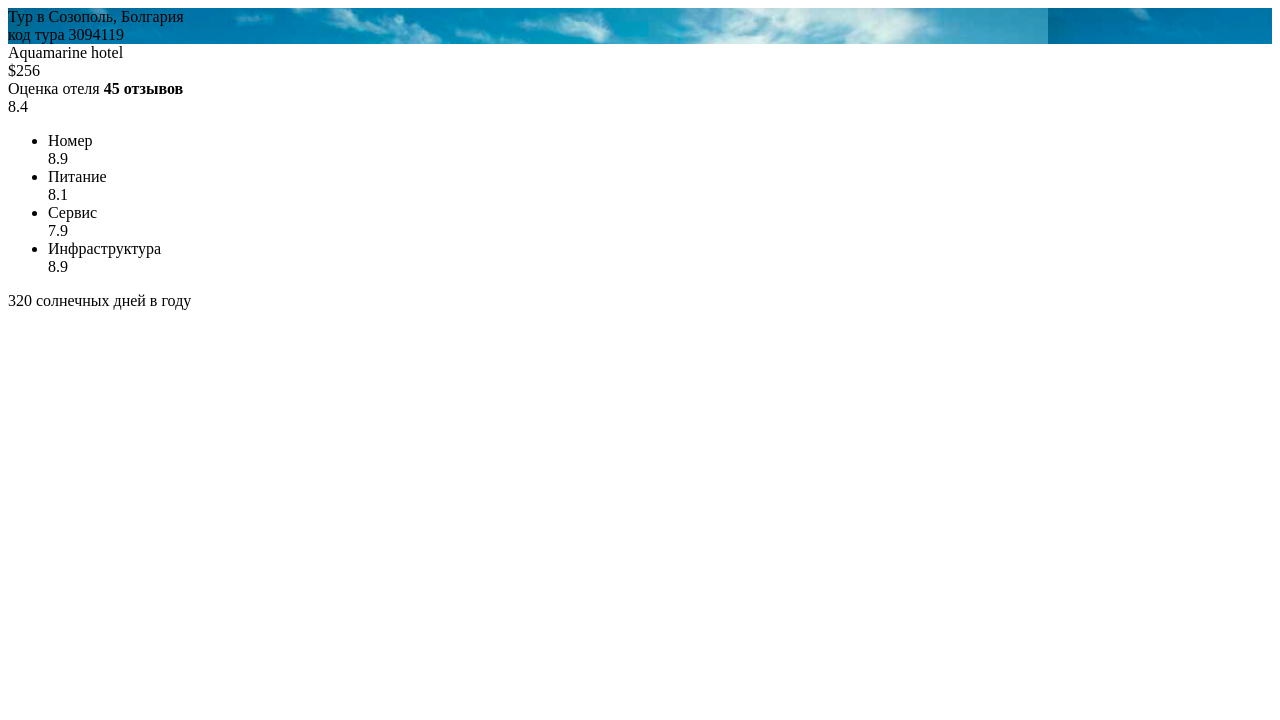
Repository: chekhunov/suntour
Page: app/html/components/_card-hotel.html
An editor plug-in stored every save of this project. The page is shown before and after the next save, followed by the edit.
The browser window is 1280 px wide. The pictures show the whole page.

Above is the page before, as saved 2021-03-16 13:04:18.

After the next save:
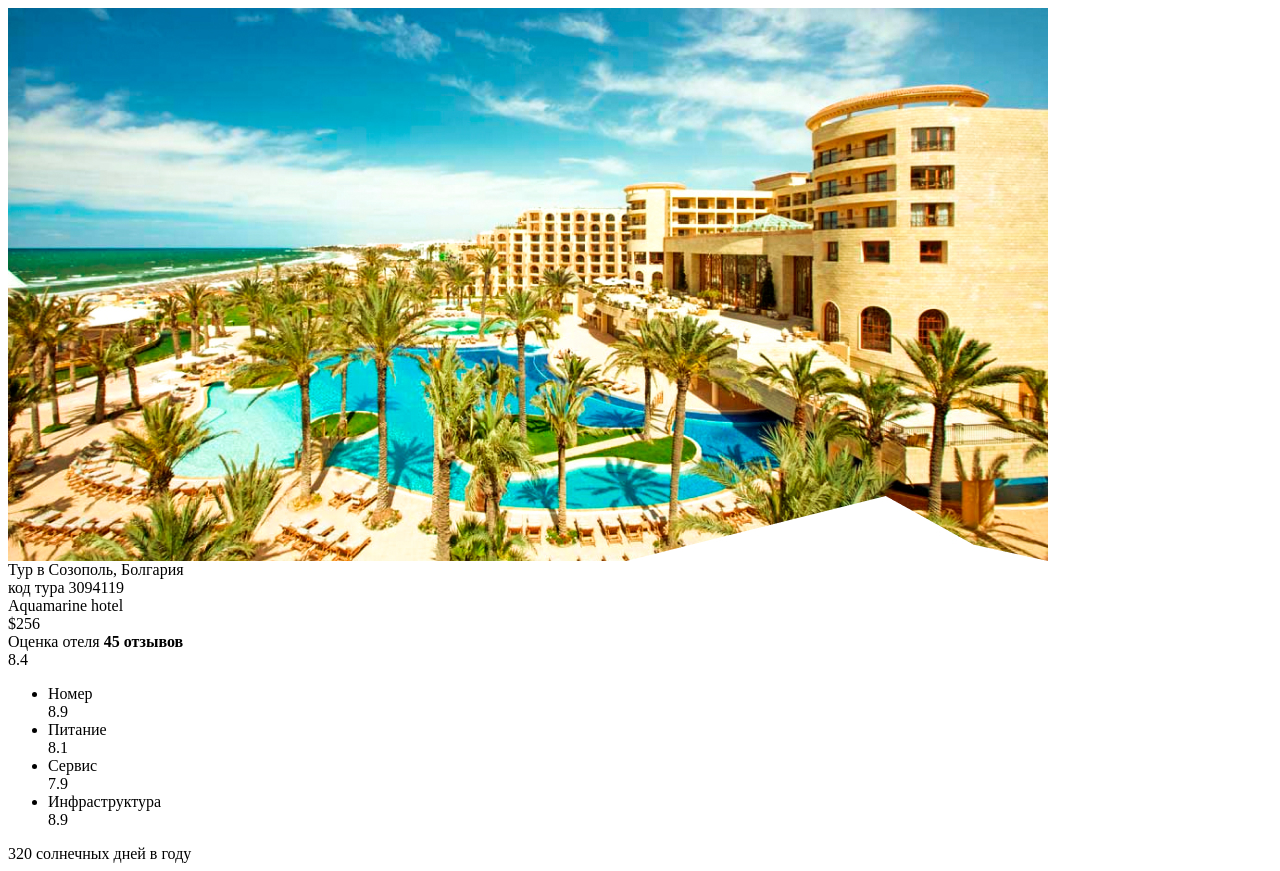
Saved 2 min 6 s later.
--- a/app/html/components/_card-hotel.html
+++ b/app/html/components/_card-hotel.html
@@ -1,6 +1,8 @@
 <article class="card-hotel" href="#">
 
-  <div class="card-hotel__image" style="background-image: url(images/content/card-hotelbg.jpg);">
+  <div class="card-hotel__image">
+
+    <img class="card-hotel__img" src="../images/content/card-hotelbg.jpg" alt="card hotel images">
 
     <div class="card-hotel__box">
 
